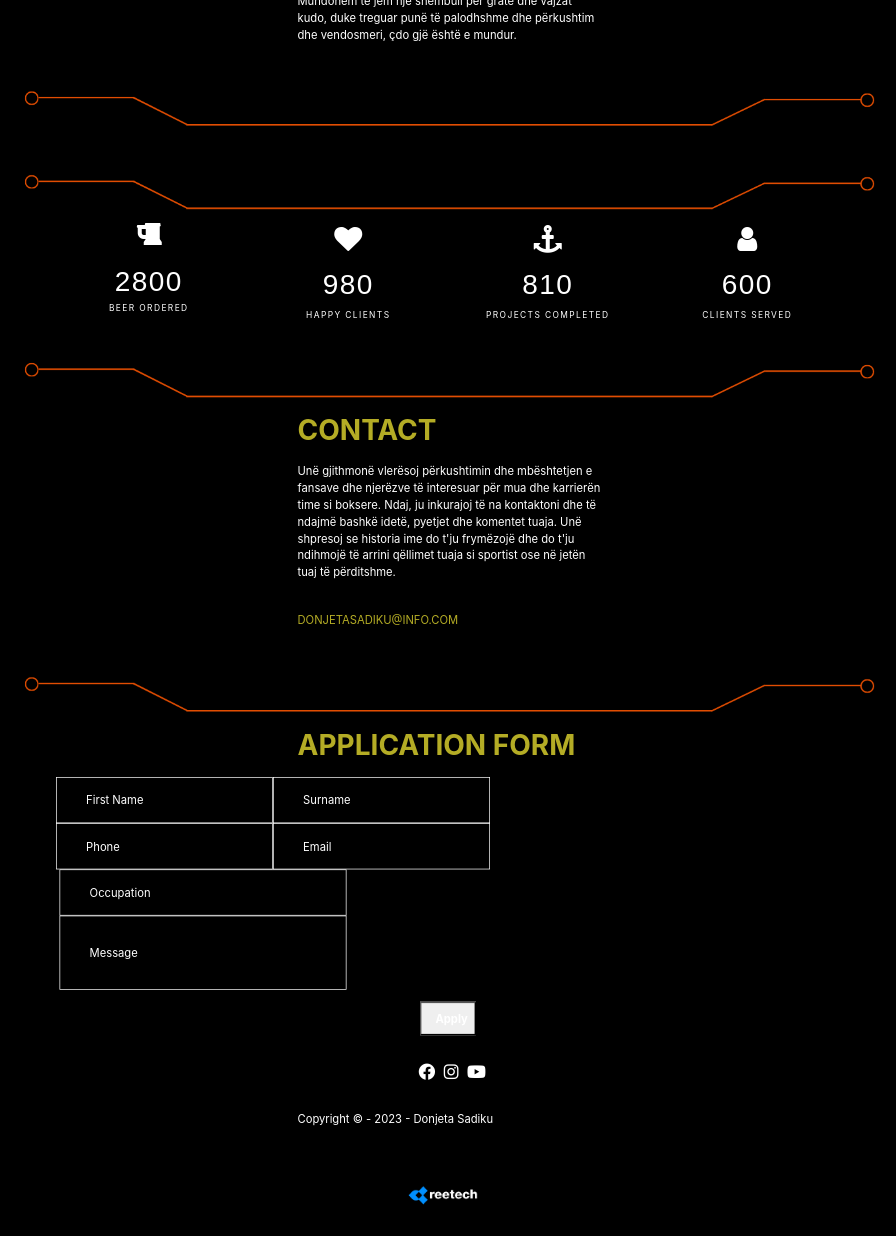
Repository: milot-morina/ds-boxing
Page: DS-Portfolio/index.html
An editor plug-in stored every save of this project. The page is shown before and after the next save, followed by the edit.
The browser window is 1280 px wide. The pictures show the part of the page from y = 2670 to 4590 px (the page is 4435 px tall before and 4932 px after), at 70% of full size.
A picture or video elsewhere on the page could not be fetched, so the positions and the page height are approximate. Some web libraries are served in a nearby version.

Above is the page before, as saved 2023-03-21 11:34:31.

After the next save:
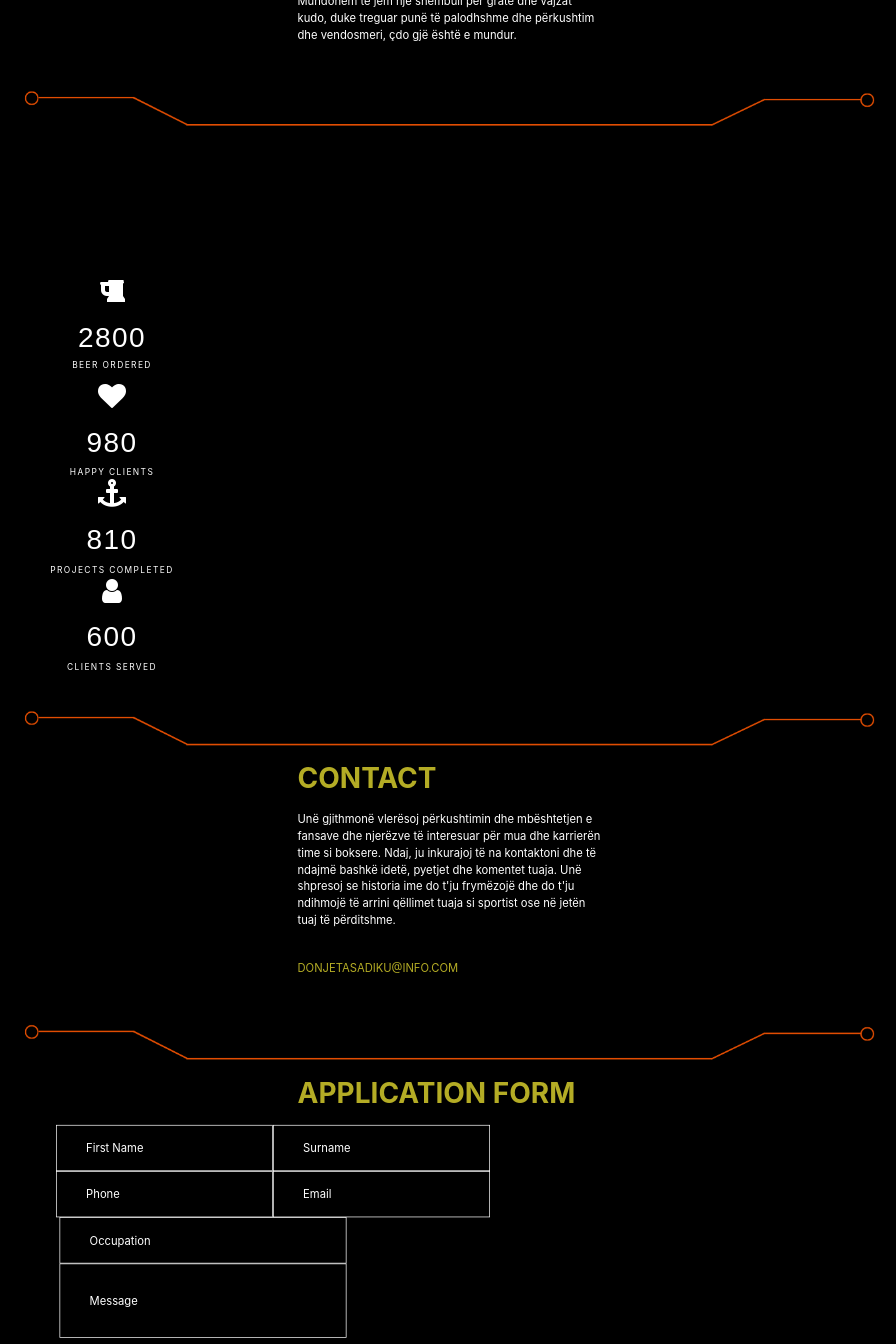
Saved 29 s later.
--- a/DS-Portfolio/index.html
+++ b/DS-Portfolio/index.html
@@ -129,13 +129,13 @@
   </section>
 
   <img src="separator2.png" alt="" width="100%" style="margin-top: 30px;">
-  <img src="separator2.png" alt="" width="100%" style="margin-top: 30px;">
+
   <!-- ktu section i ri -->
 
 
   <section class="wow fadeIn animated" style="visibility: visible; animation-name: fadeIn;">
-    <div class="container">
-        <div class="row">
+    <div class="containerW">
+        <div class="rowW">
             <!-- counter -->
             <div class="col-md-3 col-sm-6 bottom-margin text-center counter-section wow fadeInUp sm-margin-bottom-ten animated" data-wow-duration="300ms" style="visibility: visible; animation-duration: 300ms; animation-name: fadeInUp;">
                 <i class="fa fa-beer medium-icon"></i>
